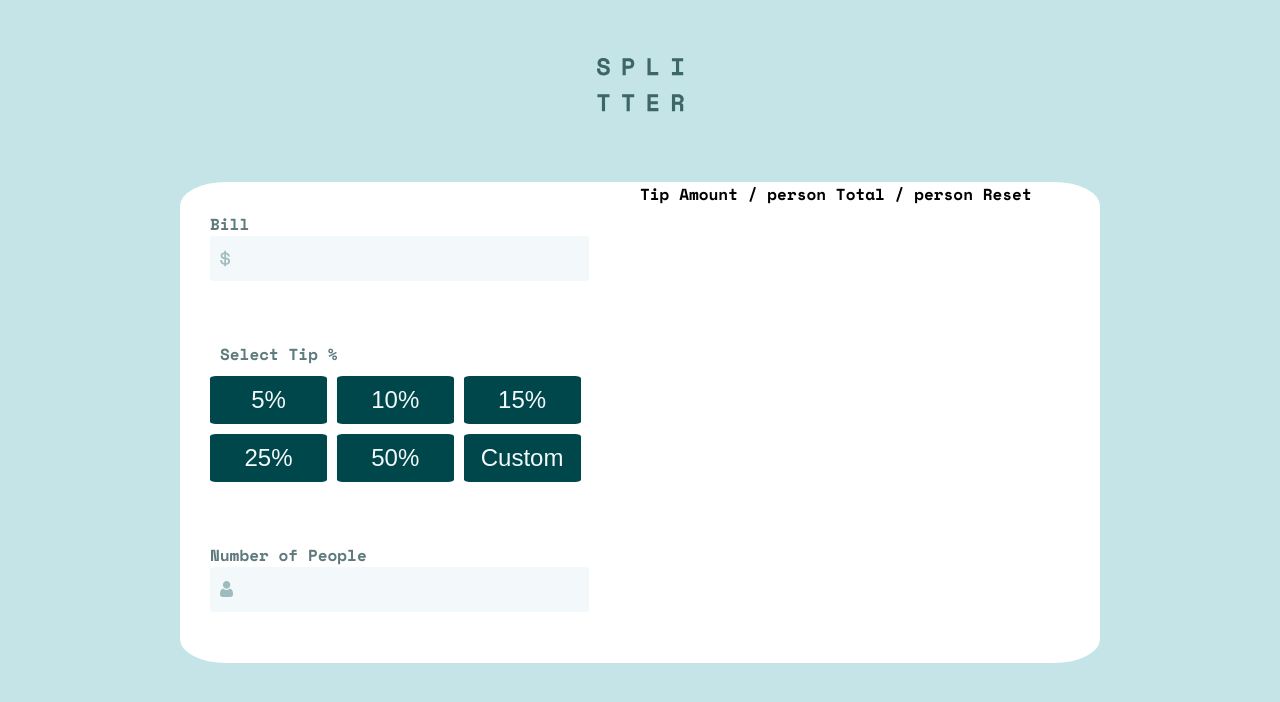
Repository: Arkitecth/tip-calculator
Page: index.html
An editor plug-in stored every save of this project. The page is shown before and after the next save, followed by the edit.
The browser window is 1280 px wide. The pictures show the whole page.

Above is the page before, as saved 2023-06-09 18:15:59.

After the next save:
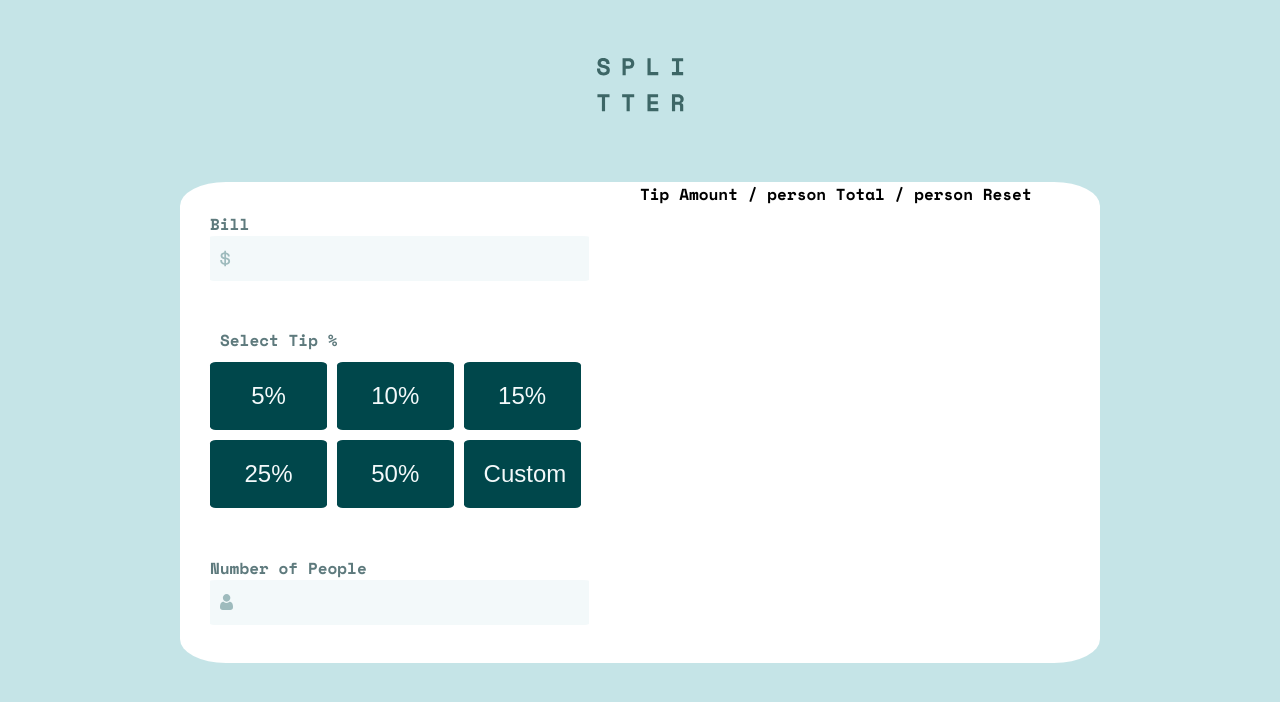
Saved 19 s later.
--- a/styles.css
+++ b/styles.css
@@ -75,7 +75,7 @@
 }
 .tip-entry input[type="button"] {
     width: 117px;
-    padding: 10px;
+    padding: 20px;
     margin-bottom: 10px;
     background-color:#00474B;
     color: #f3F9FA;
@@ -85,7 +85,7 @@
 }
 
 .tip-entry input[type="button"]:active,.tip-entry input[type="button"]:hover {
-    border: 1px solid #f3F9FA;
+    border: 1px solid #fff;
     background-color: #26C2AE;
 }
 

After the save that followed:
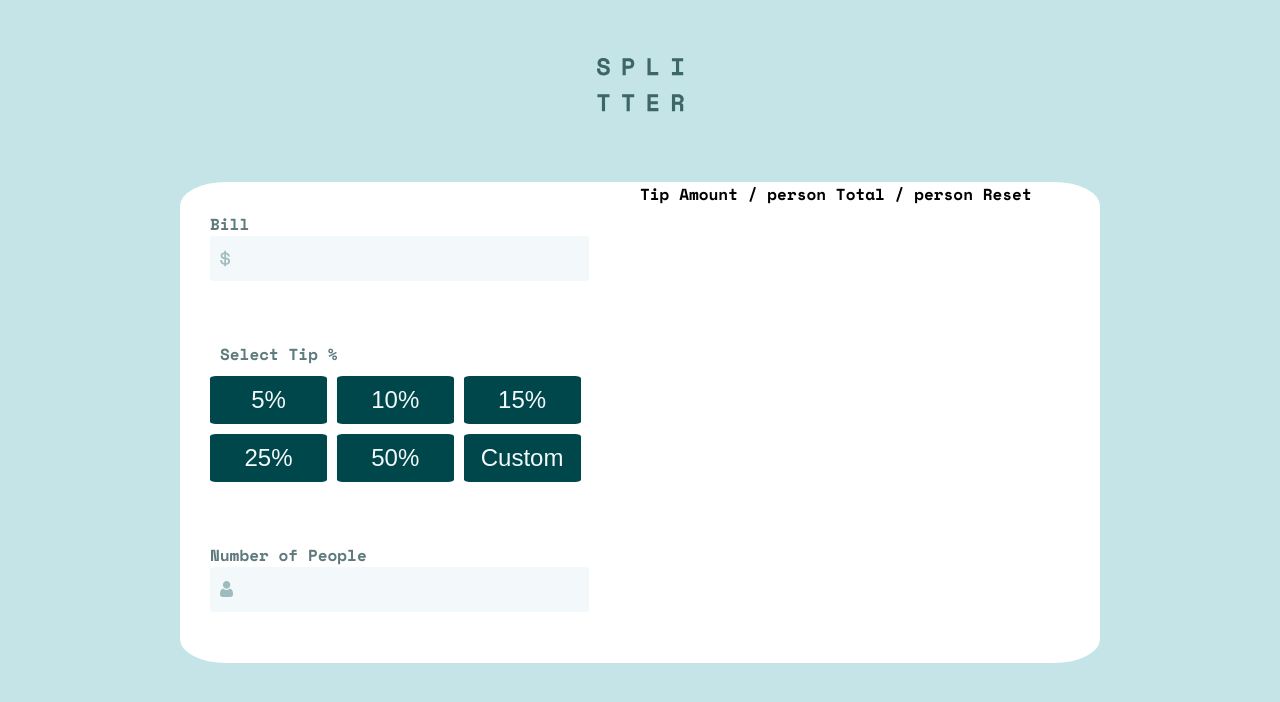
Saved 10 s later.
--- a/styles.css
+++ b/styles.css
@@ -75,7 +75,7 @@
 }
 .tip-entry input[type="button"] {
     width: 117px;
-    padding: 20px;
+    padding: 10px;
     margin-bottom: 10px;
     background-color:#00474B;
     color: #f3F9FA;
